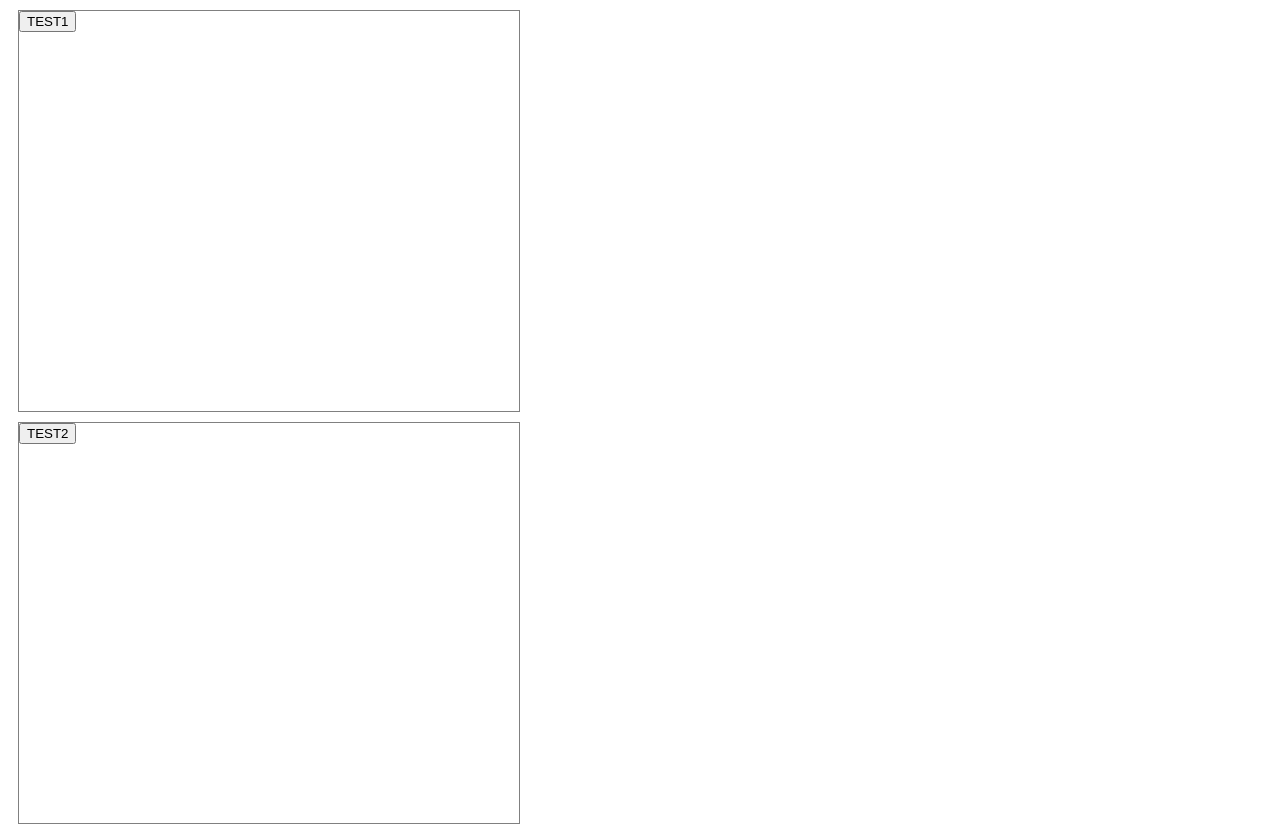
Repository: kids9702/JSP_Servlet
Page: 0900Ajax/src/main/webapp/02/01index.html
The author's editor kept a copy of each file at every save. The page is drawn from the files as they stood at one save, then again after the next save.
The browser window is 1280 px wide. The pictures show the whole page.

Above is the page before, as saved 2022-02-14 00:41:42.

After the next save:
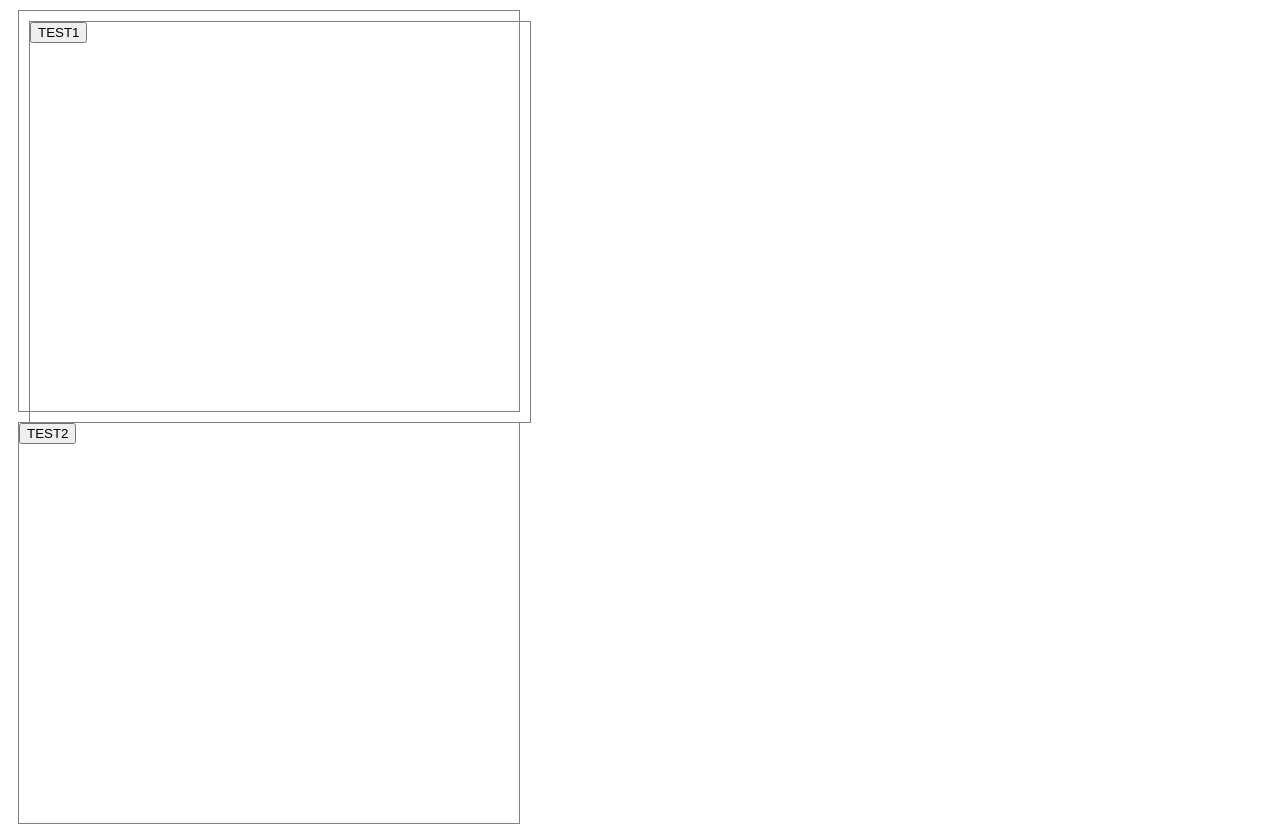
Saved 72 s later.
--- a/0900Ajax/src/main/webapp/02/01index.html
+++ b/0900Ajax/src/main/webapp/02/01index.html
@@ -9,11 +9,13 @@
 <body>
 
 <style>
-	div {width:500px;height:400px;border:1px solid gray;margin:10px;overflow:auto;}
+	div {width:500px;height:400px;border:1px solid gray;margin:10px;}
 </style>
 <div>
+	<div style="overflow:auto;">
 	<button onclick="tmp('tmp1.jsp','#text1')">TEST1</button>
 	<p id=text1></p>
+	</div>
 </div>
 <div>
 	<button onclick="tmp('tmp2.jsp','#text2')">TEST2</button>

After the save that followed:
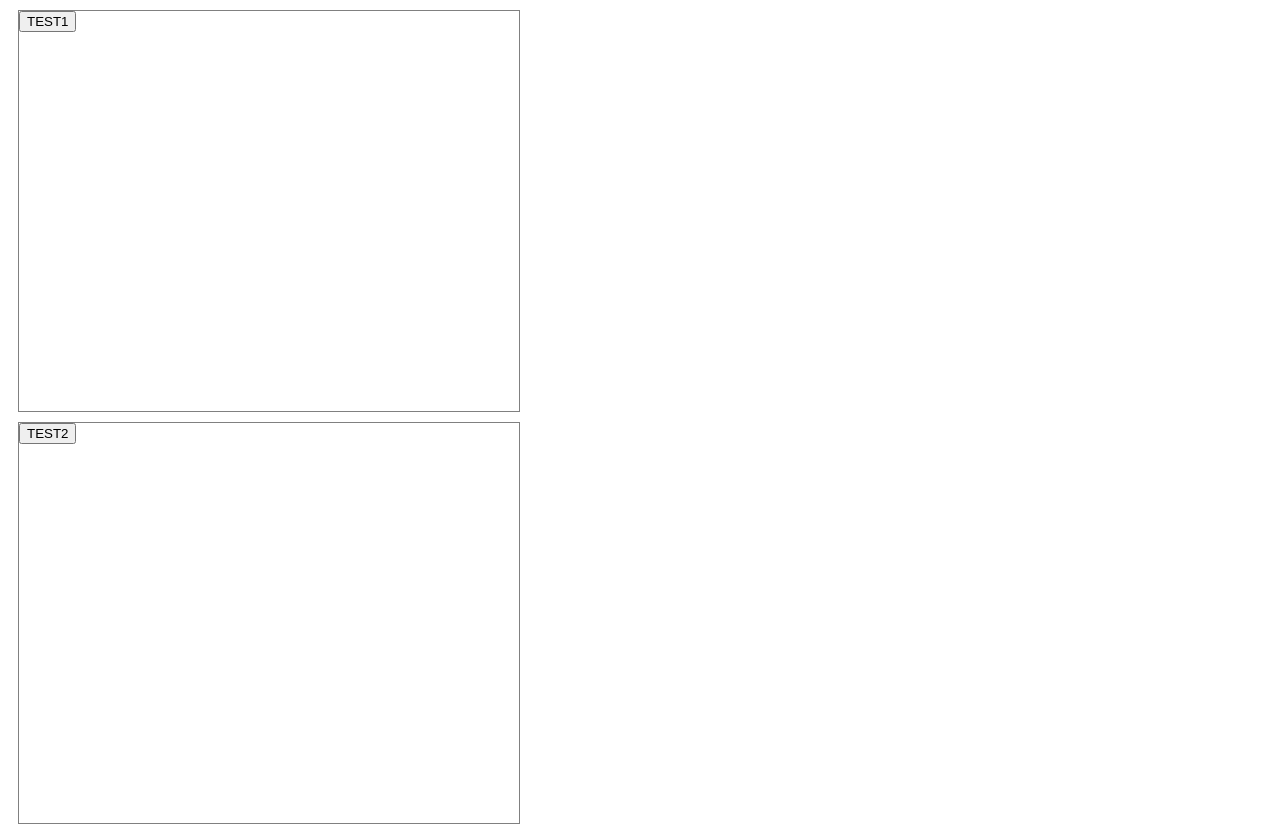
Saved 41 s later.
--- a/0900Ajax/src/main/webapp/02/01index.html
+++ b/0900Ajax/src/main/webapp/02/01index.html
@@ -11,11 +11,11 @@
 <style>
 	div {width:500px;height:400px;border:1px solid gray;margin:10px;}
 </style>
-<div>
-	<div style="overflow:auto;">
+<div  style="overflow:auto;">
+
 	<button onclick="tmp('tmp1.jsp','#text1')">TEST1</button>
 	<p id=text1></p>
-	</div>
+
 </div>
 <div>
 	<button onclick="tmp('tmp2.jsp','#text2')">TEST2</button>
